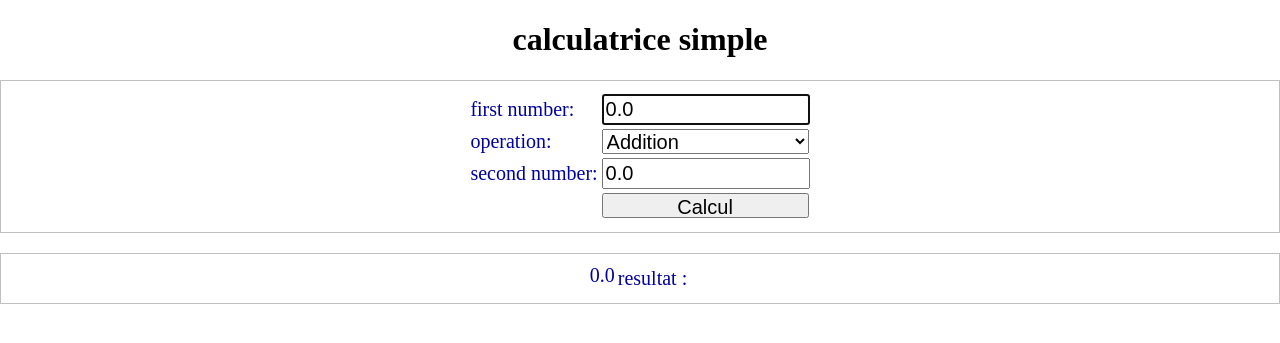
Repository: almahdi76/CalSimple
Page: http://localhost/CalSimple/test.jsp
An editor plug-in stored every save of this project. The page is shown before and after the next save, followed by the edit.
The browser window is 1280 px wide. The pictures show the whole page.
The page is served by Tomcat 9.

Above is the page before, as saved 2022-06-13 11:17:54.

After the next save:
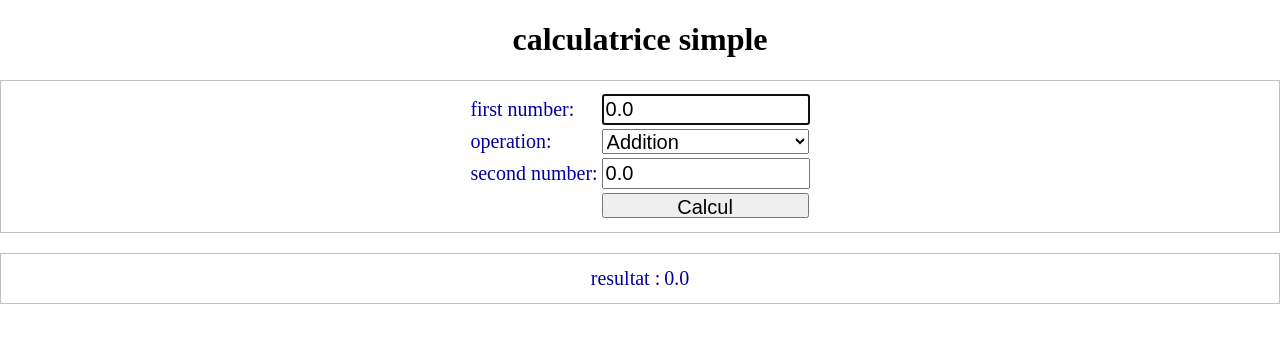
Saved 91 s later.
--- a/jsp/CalSimple/src/main/webapp/test.jsp
+++ b/jsp/CalSimple/src/main/webapp/test.jsp
@@ -53,7 +53,7 @@
 	<table>
 		<tr>
 			<td>resultat : </td>
-			 <jsp:getProperty property="resultat" name="resl"/>
+			<td> <jsp:getProperty property="resultat" name="resl"/>
 	</td>
 		</tr>
 	</table>
